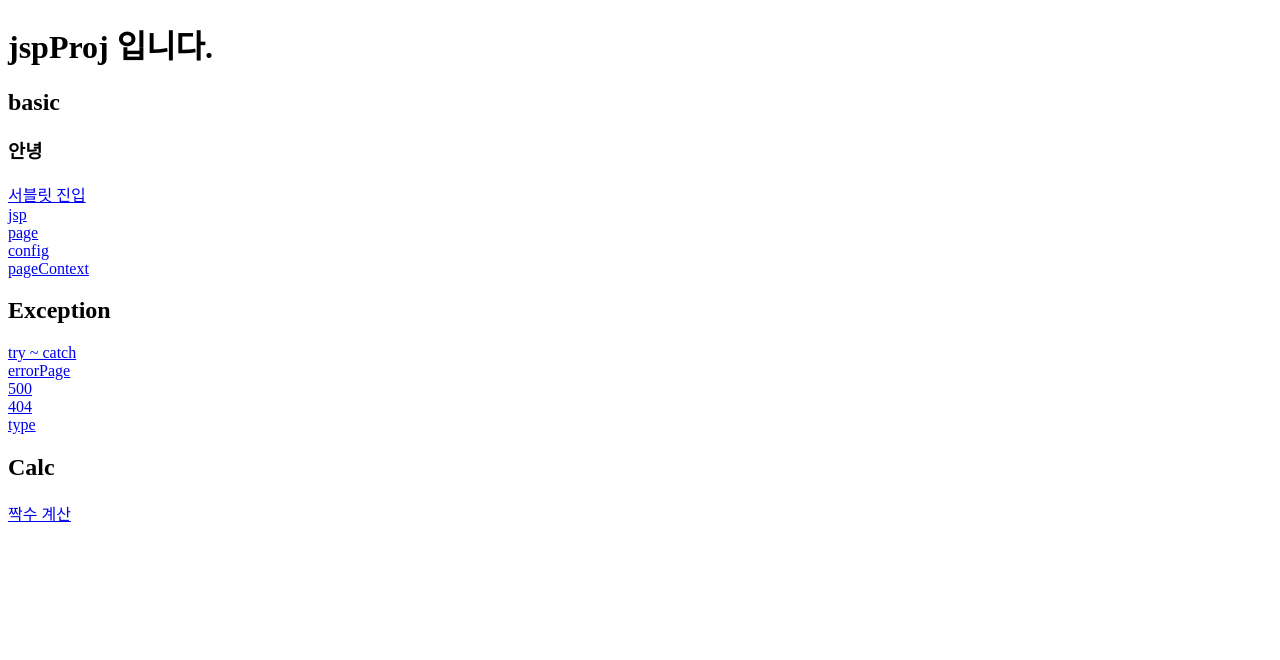
Repository: pshho/newJspProject
Page: http://localhost/JspProj/
The author's editor kept a copy of each file at every save. The page is drawn from the files as they stood at one save, then again after the next save.
The browser window is 1280 px wide. The pictures show the whole page.
The page is served by Tomcat 9.

Above is the page before, as saved 2023-07-27 06:41:07.

After the next save:
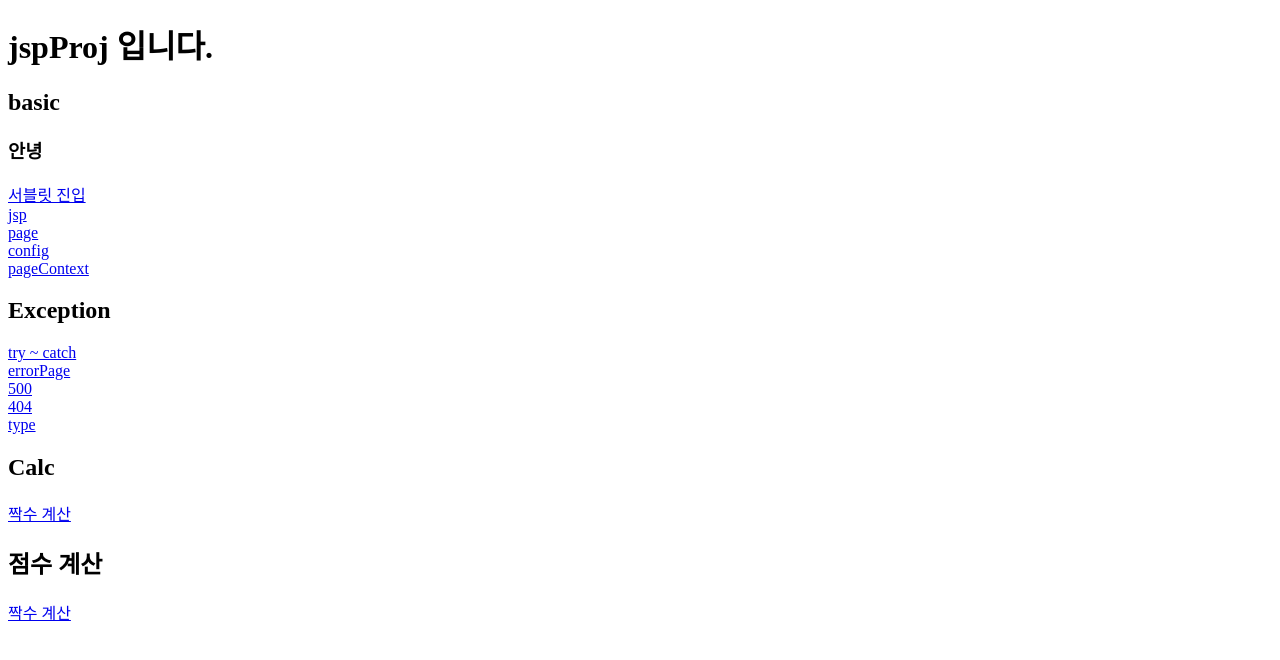
Saved 2 days later.
--- a/JspProj/src/main/webapp/index.jsp
+++ b/JspProj/src/main/webapp/index.jsp
@@ -23,5 +23,7 @@
 	<a href="err/eee.jsp">type</a><br/>
 	<h2>Calc</h2>
 	<a href="calc/calc.jsp">짝수 계산</a>
+	<h2>점수 계산</h2>
+	<a href="hwProject/categories.jsp">짝수 계산</a>
 </body>
 </html>
